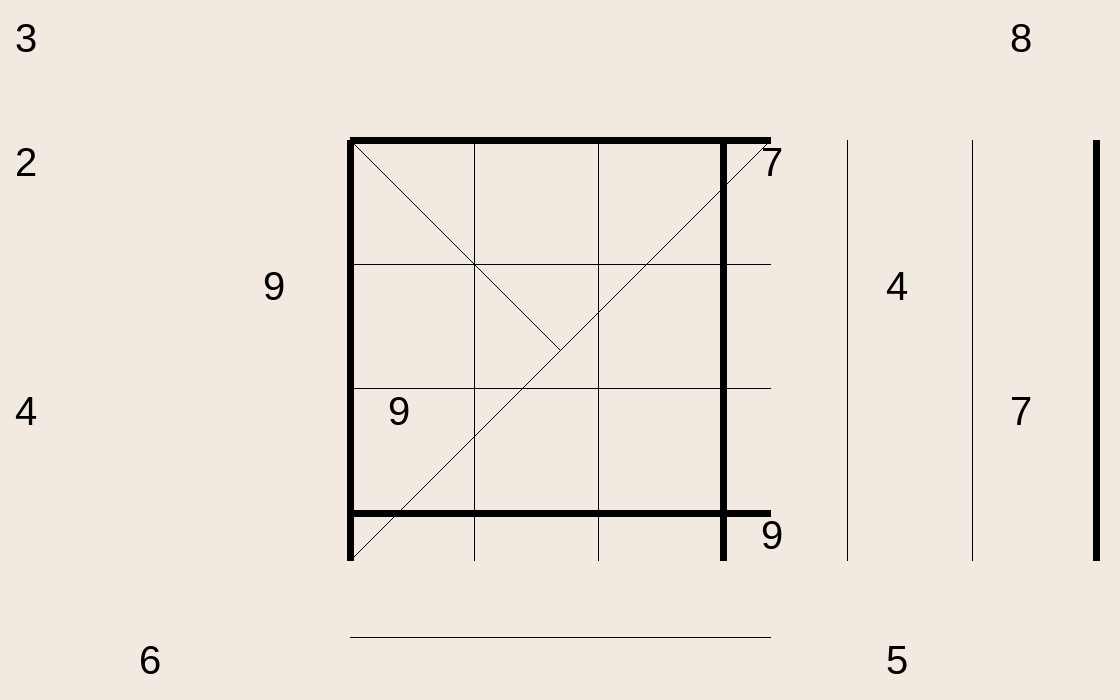
Repository: JensVL96/Puzzle-solver-for-fun
Script's output: python sudoku.py
The author's editor kept a copy of each file at every save. The script's output is drawn from the files as they stood at one save, then again after the next save.
The window is shown after at most 60 frames with no key pressed. A system font it names is replaced by a similar one. Random numbers start from a fixed seed.

Above is the script's output before, as saved 2020-10-30 01:59:22.

### sudoku.py
# -*- coding: utf-8 -*-
from __future__ import print_function
import pygame as pg
from random import sample
from config import *
from string import *
import numpy as np

dif = BOX_SIZE / 9
def get_cord(pos):
    global x
    x = pos[0]//dif
    global y
    y = pos[1]//dif

class create_board():
    def __init__(self):
        self.base  = 3  # Will generate any size of random sudoku board in O(n^2) time
        self.side  = self.base * self.base
        self.nums  = sample(range(1, self.side + 1), self.side) # random numbers
        self.board = [[self.nums[(self.base * (r%self.base) + r//self.base + c)%self.side] for c in range(self.side) ] for r in range(self.side)]
        rows  = [ r for g in sample(range(self.base),self.base) for r in sample(range(g * self.base,(g + 1) * self.base), self.base) ]
        cols  = [ c for g in sample(range(self.base),self.base) for c in sample(range(g * self.base,(g + 1) * self.base), self.base) ]
        self.board = [[self.board[r][c] for c in cols] for r in rows]

        # print("\nInput:")
        # for line in self.board: print(line)

        squares = self.side * self.side
        empties = squares * 3//4
        for p in sample(range(squares),empties):
            self.board[p//self.side][p%self.side] = 0

        self.lines()

    def expandLine(self, line):
        return line[0]+line[5:9].join([line[1:5]*(self.base-1)]*self.base)+line[9:13]

    def lines(self):
        self.line0  = self.expandLine("╔═══╤═══╦═══╗")
        self.line1  = self.expandLine("║ . │ . ║ . ║")
        self.line2  = self.expandLine("╟───┼───╫───╢")
        self.line3  = self.expandLine("╠═══╪═══╬═══╣")
        self.line4  = self.expandLine("╚═══╧═══╩═══╝")

        self.draw()

    def draw(self):
        symbol = " 1234567890ABCDEFGHIJKLMNOPQRSTUVWXYZ"
        self.nums   = [ [""]+[symbol[n] for n in row] for row in self.board ]
        print(self.line0)
        for r in range(1,self.side+1):
            print( "".join(n+s for n,s in zip(self.nums[r-1],self.line1.split("."))) )
            print([self.line2,self.line3,self.line4][(r%self.side==0)+(r%self.base==0)])

class solve_board():
    def __init__(self, board):
        self.row = []
        self.col = []
        self.cell = []
        self.row_list = []
        self.col_list = []
        self.cell_list = []

        for space in range(9):
            self.col.append([])
            self.cell.append([])

        row_idx = 0
        for line in board:

            self.row.append(line)

            cell_idx = 0
            if row_idx >= 3:
                cell_idx = 3
            if row_idx >= 6:
                cell_idx = 6


            for col_idx in range(9):

                self.col[col_idx].insert(row_idx, line[col_idx])

                if col_idx % 3 == 0:
                    for triple in range(0, 3):
                        self.cell[cell_idx].insert(len(self.cell[row_idx]) + triple, line[col_idx + triple])
                    cell_idx += 1

            self.row_list.append(self.row)
            self.col_list.append(self.col)
            self.cell_list.append(self.cell)
            row_idx += 1

        print("\nrow:")
        for row in self.row_list[0]:
            print(row)
        # print("\ncolumn:")
        # for col in self.col_list[0]:
        #     print(col)
        # print("\ncell:")
        # for cell in self.cell_list[0]:
        #     print(cell)

    def assign_flags(self, board):
        self.flags = []
        row_idx = 0
        cell_idx = 0

        print("\n")
        for line in board:
            cell_idx = 0
            if row_idx >= 3:
                cell_idx = 3
            if row_idx >= 6:
                cell_idx = 6

            for index in range(9):
                # print("position: ", index, "value: ", line[index])

                # print("row", row_idx, "col", index, "cell", cell_idx)
                if (index % 3 == 0 and index != 0):
                    cell_idx += 1

                if line[index] == 0:
                    flag_idx = 0
                    temp_flag = []
                    for value in range(1, 10):
                        # print(value)
                        if self.row_flag(value, row_idx):
                            # print("found in row")
                            pass
                        elif self.col_flag(value, index):
                            # print("found in column")
                            pass
                        elif self.cell_flag(value, cell_idx):
                            # print("found in cell")
                            pass
                        else:
                            temp_flag.append(value)
                            flag_idx += 1
                    print(temp_flag)
                    self.flags.append(temp_flag)
            row_idx += 1

    def check_row(self):
        pass

    def column(self, x):
        pass

    def cell(self, row, col):
        pass

    def row_flag(self, index, row_idx):
        for row in self.row_list[0][row_idx]:
            # print("comparing in row ", row, "with ", index, "row_idx ", row_idx)
            if row == index:
                return 1
        return 0

    def col_flag(self, index, col_idx):
        for col in self.col_list[0][col_idx]:
            # print("comparing in column ", col, "with ", index, "col_idx ", col_idx)
            if col == index:
                return 1
        return 0

    def cell_flag(self, index, cell_idx):
        for cell in self.cell_list[0][cell_idx]:
            # print("comparing in cell ", cell, "with ", index, "cell_idx ", cell_idx)
            if cell == index:
                return 1
        return 0


class Display_board():
    def __init__(self, screen):
        self.screen = screen
        self.font1 = pg.font.SysFont("comicsans", 40)
        self.dif = SCREEN_WIDTH / 9

    def draw_val(self, val):
        text1 = self.font1.render(str(val), 1, BLACK)
        self.screen.blit(text1, (x * dif + 15, y * dif + 15))

    def on_mouse_press(self, x, y, symbol, modifier):
        pass

    def draw(self, grid):
        top_left_x = (SCREEN_WIDTH / 2) - (BORDER_SIZE / 2)
        top_left_y = (SCREEN_HEIGHT / 2) - (BORDER_SIZE / 2)
        top_right_x = (SCREEN_WIDTH / 2) + (BORDER_SIZE / 2)
        top_right_y = (SCREEN_HEIGHT / 2) - (BORDER_SIZE / 2)
        bottom_left_x = (SCREEN_WIDTH / 2) - (BORDER_SIZE / 2)
        bottom_left_y = (SCREEN_HEIGHT / 2) + (BORDER_SIZE / 2)

        print("\ntop left corner pos: (", top_left_x, top_left_y, ")")
        print("top right corner: ", top_right_x, top_right_y, ")")
        print("bottom left corner: ", bottom_left_x, bottom_left_y, ")\n")

        pg.draw.line(self.screen, BLACK, ((SCREEN_WIDTH / 2),
                                            (SCREEN_HEIGHT / 2)),
                                            (top_left_x,
                                            top_left_y), 1)
        pg.draw.line(self.screen, BLACK, ((SCREEN_WIDTH / 2),
                                            (SCREEN_HEIGHT / 2)),
                                            (top_right_x,
                                            top_right_y), 1)
        pg.draw.line(self.screen, BLACK, ((SCREEN_WIDTH / 2),
                                            (SCREEN_HEIGHT / 2)),
                                            (bottom_left_x,
                                            bottom_left_y), 1)

        for i in range (9):
            for j in range (9):
                if grid[i][j] != 0:

                    text1 = self.font1.render(str(grid[i][j]), 1, BLACK)
                    self.screen.blit(text1, (i * self.dif + 15, j * self.dif + 15))

        for i in range(10):
            if i %3 == 0:
                thick = 7
            else:
                thick = 1
            pg.draw.line(self.screen, BLACK, (top_left_x,
                                            top_left_y + i * self.dif),
                                            (top_right_x,
                                            top_right_y + i * self.dif), thick)
            pg.draw.line(self.screen, BLACK, (top_left_x + i * self.dif,
                                            top_left_y),
                                            (bottom_left_x + i * self.dif,
                                            bottom_left_y), thick)

    def update(self, dt):
        pass


class Main():
    def __init__(self):
        self.board = []
        self.run()

    def run(self):
        pg.init()
        self.screen = pg.display.set_mode(SCREEN_RES)
        pg.display.set_caption('Sudoku solver')

        display = Display_board(self.screen)

        flag1 = 0
        val = 0

        self.board = create_board().board
        while 1:
            for event in pg.event.get():
                if event.type == pg.QUIT or (event.type == pg.KEYDOWN and event.key == pg.K_ESCAPE):
                    exit()
                if event.type == pg.MOUSEBUTTONDOWN:
                    flag1 = 1
                    pos = pg.mouse.get_pos()
                if event.type == pg.KEYDOWN:
                    if event.key == pg.K_1:
                        val = 1
                    if event.key == pg.K_2:
                        val = 2
                    if event.key == pg.K_3:
                        val = 3
                    if event.key == pg.K_4:
                        val = 4
                    if event.key == pg.K_5:
                        val = 5
                    if event.key == pg.K_6:
                        val = 6
                    if event.key == pg.K_7:
                        val = 7
                    if event.key == pg.K_8:
                        val = 8
                    if event.key == pg.K_9:
                        val = 9

            if val != 0:
                display.draw_val(val)

                if valid(grid, int(x), int(y), val) == True:
                    grid[int(x)][int(y)] = val
                else:
                    grid[int(x)][int(y)] = 0
                    raise_error2()
                val = 0

            pg.draw.rect(self.screen, BLACK, (0, 0, self.screen.get_width(), self.screen.get_height()))
            self.screen.fill(BEIGE)

            display.draw(self.board)
            # display.draw_box()

            pg.display.update()


        self.solution = solve_board(self.board)

        self.solution.assign_flags(self.board)

if __name__ == '__main__':
    Main()

### config.py


#   Screen info
SCREEN_HEIGHT = 700
SCREEN_WIDTH = int(SCREEN_HEIGHT * 1.6)
SCREEN_RES = (SCREEN_WIDTH, SCREEN_HEIGHT)

#   Colours
BLACK = (0,0,0)
GREY = (50,50,50)
GREEN = (0,255,0)
WHITE = (255,255,255)
BEIGE = (242,234,224)

# Box info
BORDER_SIZE = 420
BOX_SIZE = 410

After the next save:
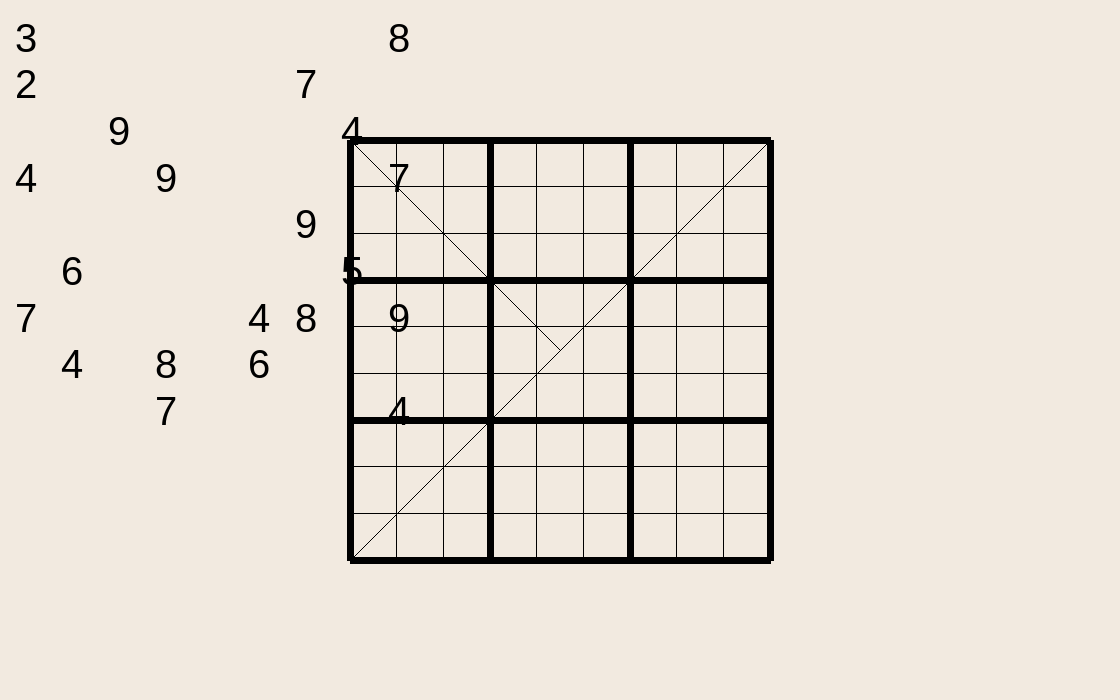
Saved 22 s later.
--- a/sudoku.py
+++ b/sudoku.py
@@ -178,7 +178,7 @@ class Display_board():
     def __init__(self, screen):
         self.screen = screen
         self.font1 = pg.font.SysFont("comicsans", 40)
-        self.dif = SCREEN_WIDTH / 9
+        self.dif = BORDER_SIZE / 9
 
     def draw_val(self, val):
         text1 = self.font1.render(str(val), 1, BLACK)
